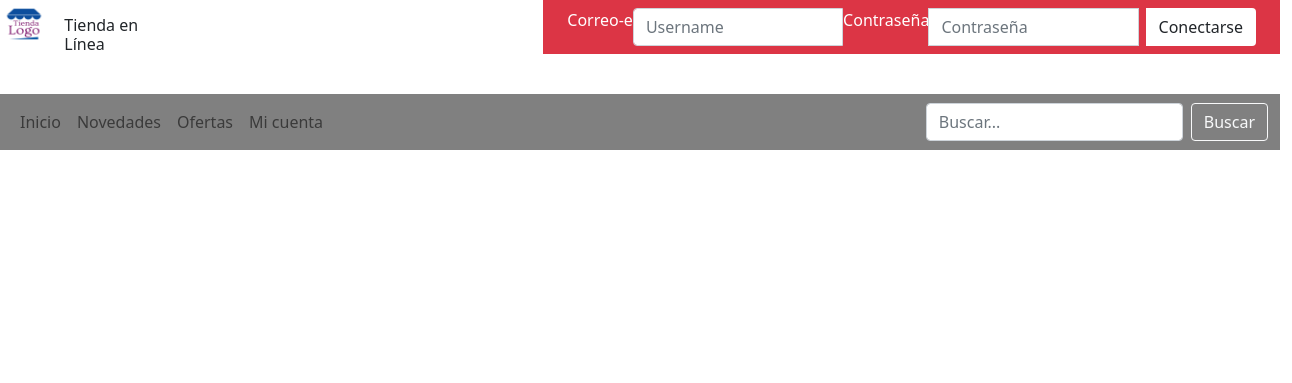
Repository: nicorp00/bootstrapSass
Page: Main/index.html
An editor plug-in stored every save of this project. The page is shown before and after a run of saves, followed by the edit.
The browser window is 1280 px wide. The page is 1292 px wide, so the pictures cover 1292 px, including what lies to the right of the window. The pictures show the whole page.
The style sheet was rebuilt from its Sass, Less or Tailwind sources for each picture, by a compiler version that may differ from the author's.

Above is the page before, as saved 2022-03-25 11:21:20.

After the next 2 saves:
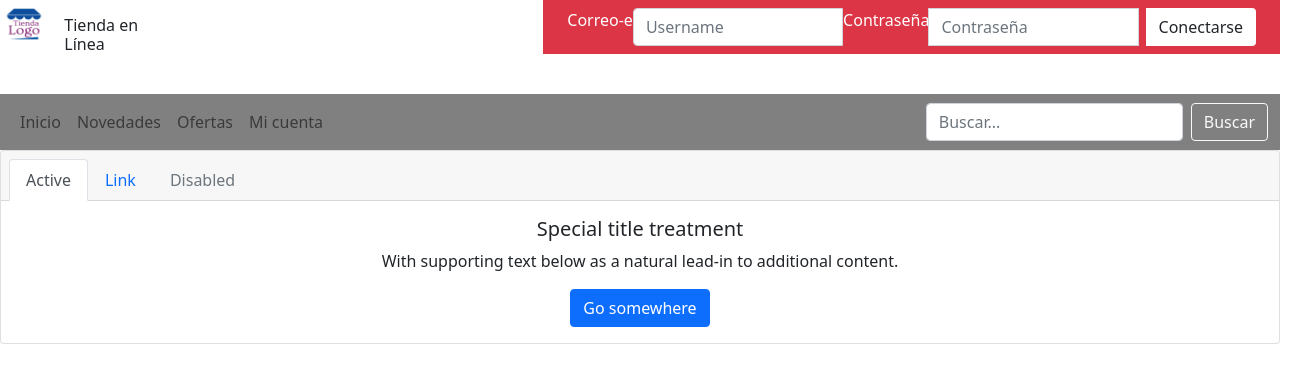
The 2 saves are shown as one change because they came seconds apart.
The last was saved 4 min 15 s later.
--- a/Main/index.html
+++ b/Main/index.html
@@ -68,6 +68,31 @@
             </div>
           </nav>
     </section>
+
+    <section class="">
+        <div>
+            <div class="card text-center">
+                <div class="card-header">
+                  <ul class="nav nav-tabs card-header-tabs">
+                    <li class="nav-item">
+                      <a class="nav-link active" aria-current="true" href="#">Active</a>
+                    </li>
+                    <li class="nav-item">
+                      <a class="nav-link" href="#">Link</a>
+                    </li>
+                    <li class="nav-item">
+                      <a class="nav-link disabled" href="#" tabindex="-1" aria-disabled="true">Disabled</a>
+                    </li>
+                  </ul>
+                </div>
+                <div class="card-body">
+                  <h5 class="card-title">Special title treatment</h5>
+                  <p class="card-text">With supporting text below as a natural lead-in to additional content.</p>
+                  <a href="#" class="btn btn-primary">Go somewhere</a>
+                </div>
+              </div>
+        </div>
+    </section>
     <script src="js/bootstrap.min.js"></script>
 </body>
 </html>
